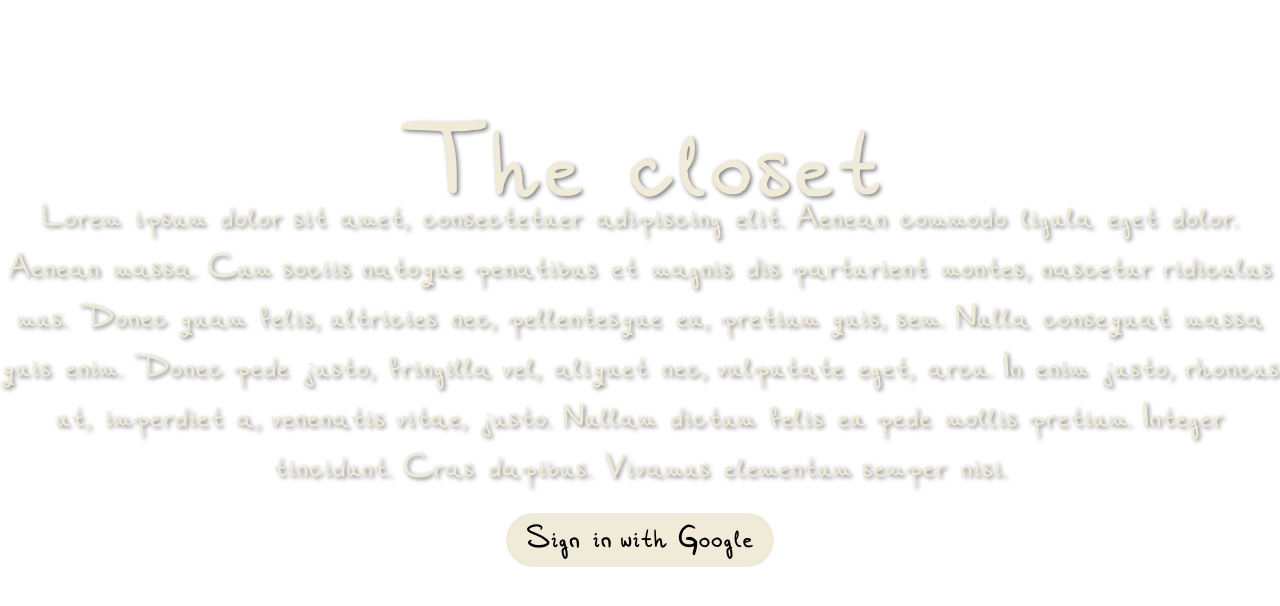
Repository: karla-sikavica/theCloset
Page: / (app in frontend/)
These files come from the project's save history. The page is drawn as it stood at one moment and after the next save; the edit follows.
The browser window is 1280 px wide. The pictures show the whole page.
The project was rebuilt for these pictures with package versions that can differ from the ones it lists, and the page was loaded fresh each time. Also part of the build but not shown: frontend/vite.config.ts.

Above is the page before, as saved 2025-04-01 17:51:29.

After the next save:
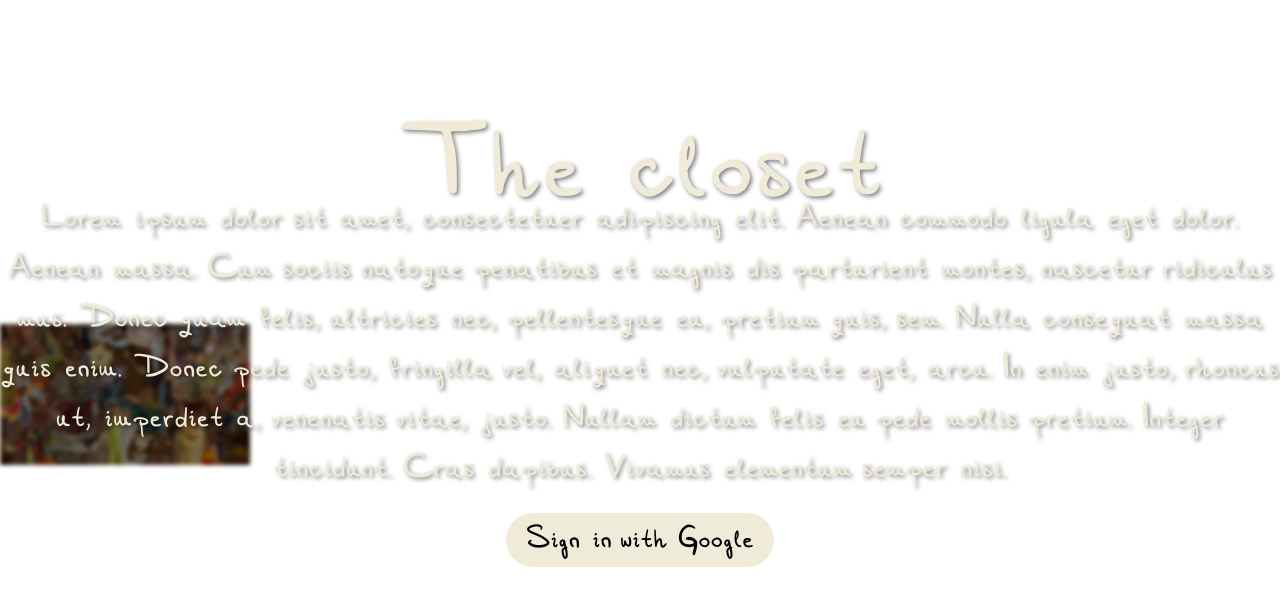
Saved 44 s later.
--- a/frontend/src/components/ui/Collage.tsx
+++ b/frontend/src/components/ui/Collage.tsx
@@ -9,7 +9,16 @@
   zIndex?: number;
 };
 
-const collageConfig: CollageImage[] = [];
+const collageConfig: CollageImage[] = [
+  {
+    src: "/images/collage.jpg",
+    top: "45%",
+    left: "0%",
+    width: "250px",
+    rotate: "0deg",
+    zIndex: 2,
+  },
+];
 
 const Collage: React.FC = () => {
   return (
